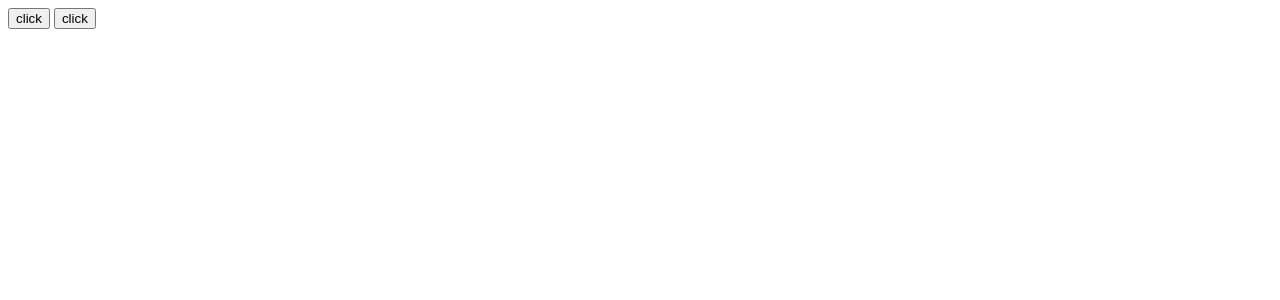
Repository: yhj4130/JsonStudy
Page: JsonApp01/WebContent/JsonTest05.html
These files come from the project's save history. The page is drawn as it stood at one moment and after the next save; the edit follows.
The browser window is 1280 px wide. The pictures show the whole page.

Above is the page before, as saved 2019-05-31 06:14:17.

After the next save:
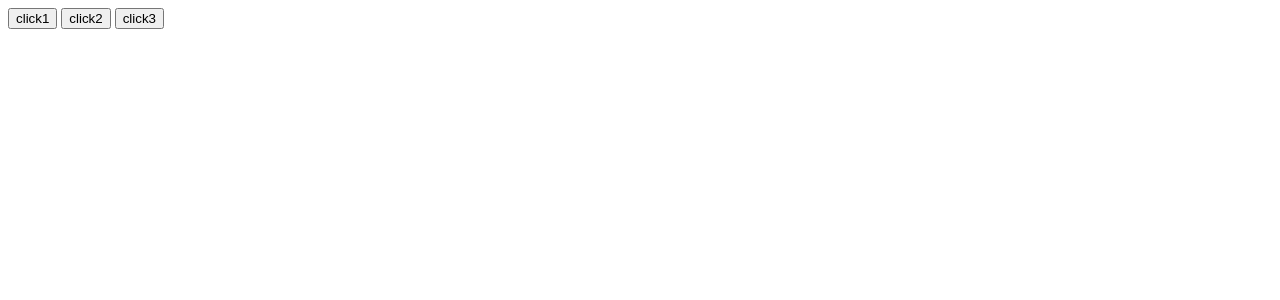
Saved 74 s later.
--- a/JsonApp01/WebContent/JsonTest05.html
+++ b/JsonApp01/WebContent/JsonTest05.html
@@ -11,8 +11,10 @@
 
 <form>
 
-	<input type="button" value="click" onclick="t('홍길동')">
+	<input type="button" value="click1" onclick="t('홍길동')">
 
-	<input type="button" value="click" onclick="eval('var a=' + myJSONObject5.test); a('이지혜')">
+	<input type="button" value="click2" onclick="eval('var a=' + myJSONObject5.test); a('이지혜')">
+
+	<input type="button" value="click3" onclick="eval( '(' + myJSONObject5.test + ')(\'최보라\')')">
 
 </form>
